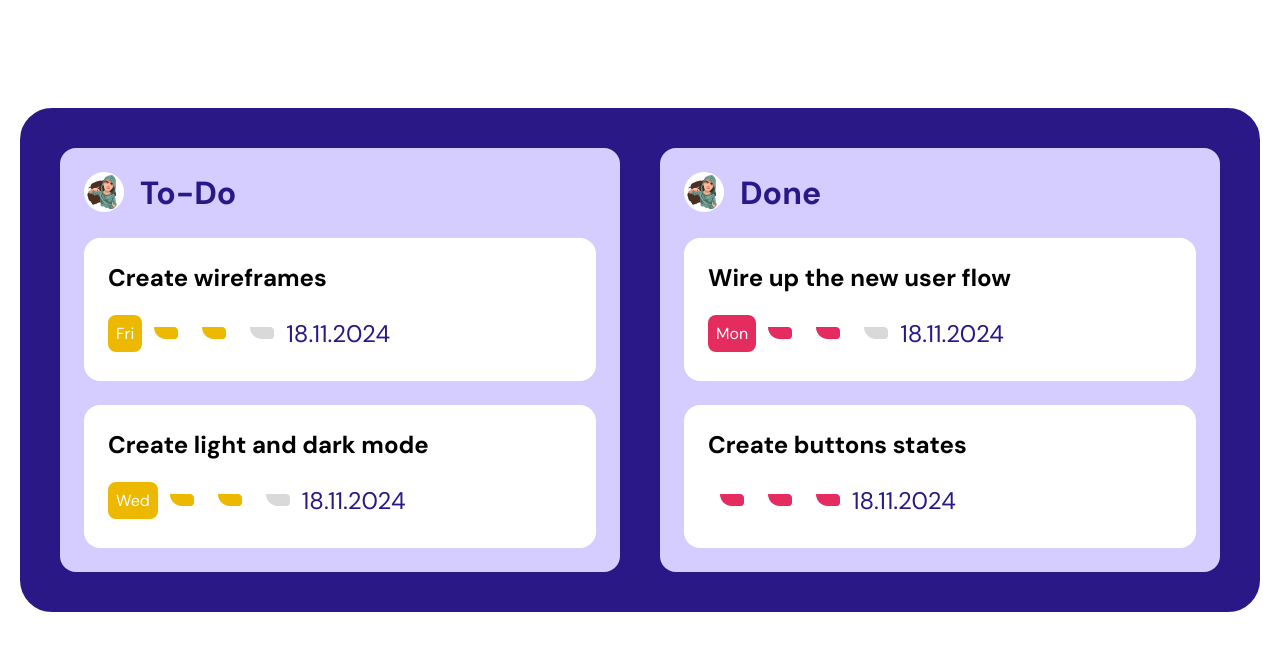
Repository: VitasYo/Kanban
Page: index.html
The author's editor kept a copy of each file at every save. The page is drawn from the files as they stood at one save, then again after the next save.
The browser window is 1280 px wide. The pictures show the whole page.

Above is the page before, as saved 2024-04-15 20:27:53.

After the next save:
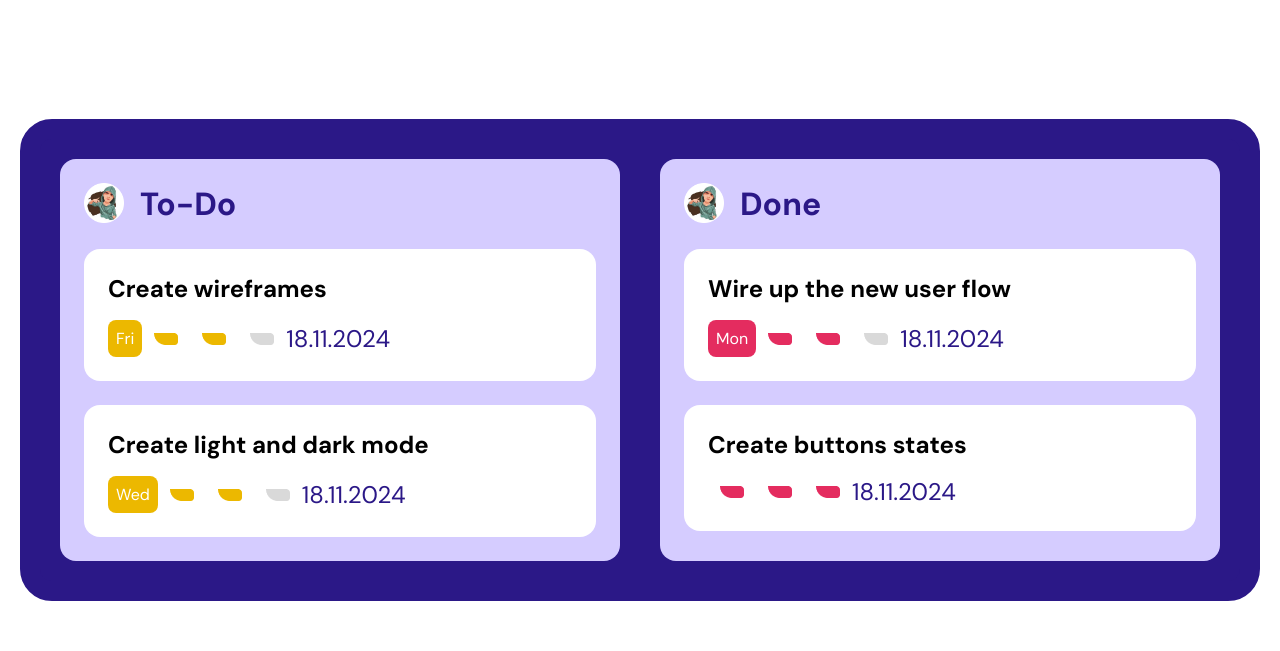
Saved 5 s later.
--- a/src/assets/css/component/_kanban.css
+++ b/src/assets/css/component/_kanban.css
@@ -68,7 +68,7 @@
         }
 
             .card_scale_item {
-                padding: 12px;
+                padding: 0 12px;
             }
 
         .card_date {

After the save that followed:
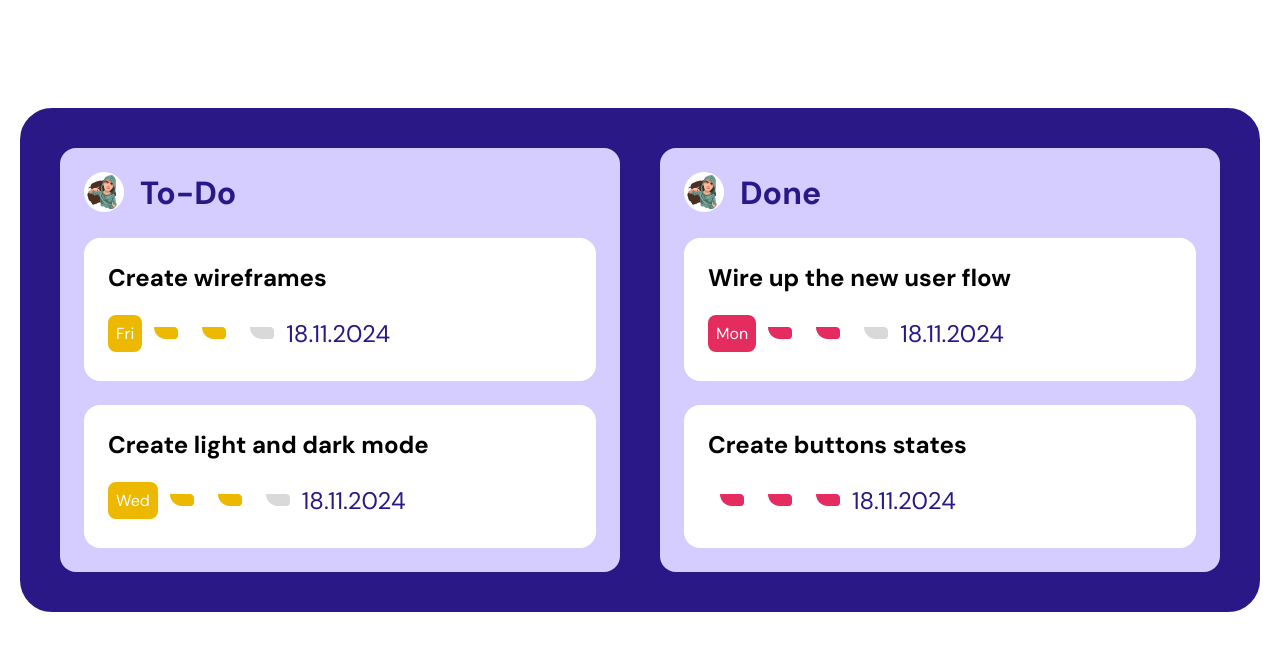
Saved 5 s later.
--- a/src/assets/css/component/_kanban.css
+++ b/src/assets/css/component/_kanban.css
@@ -68,7 +68,7 @@
         }
 
             .card_scale_item {
-                padding: 0 12px;
+                padding: 12px;
             }
 
         .card_date {
